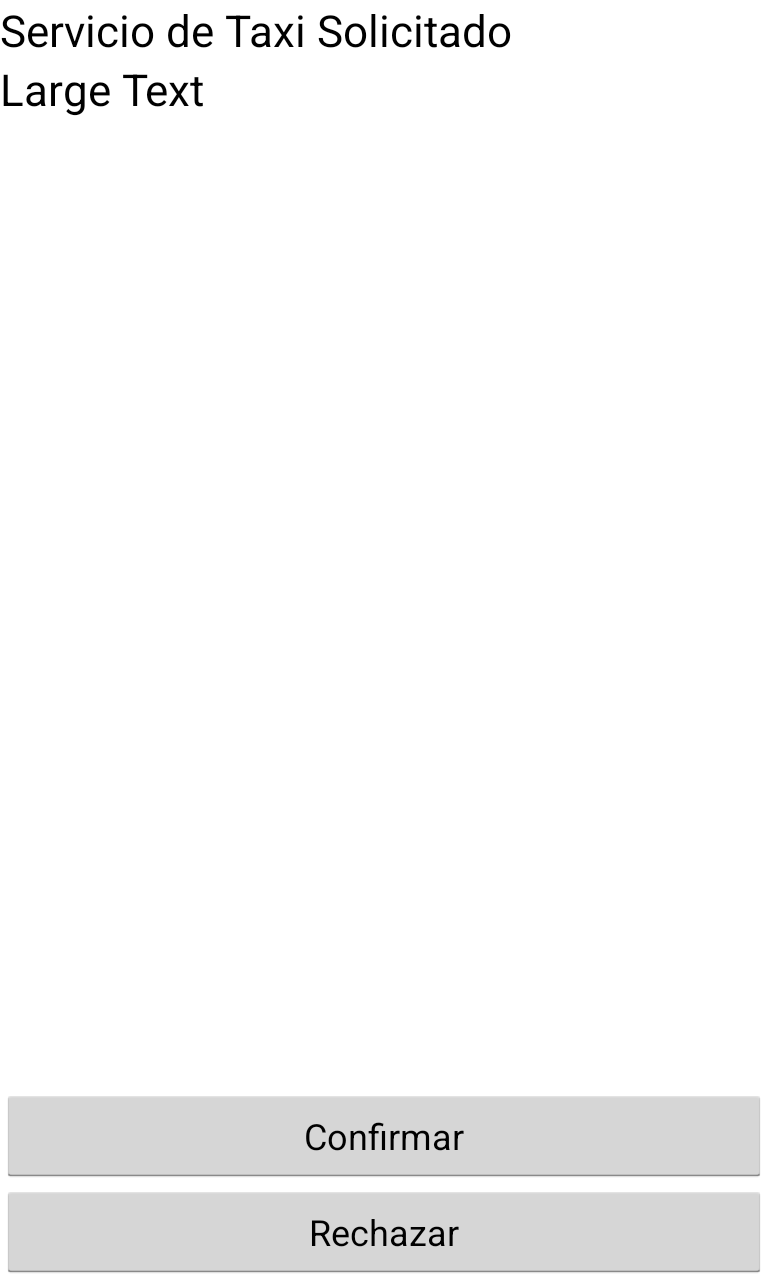
Repository: fernandohur/moviles
Layout: ClienteTaxista/res/layout/activity_confirmar_servicio.xml
The author's editor kept a copy of each file at every save. The layout is drawn from the files as they stood at one save, then again after a run of saves.
It is drawn on a 768 x 1280 px phone screen (xhdpi) without system bars, with theme AppTheme; the app's code is not run.

Above is the layout before, as saved 2013-03-07 14:14:31.

After the next 4 saves:
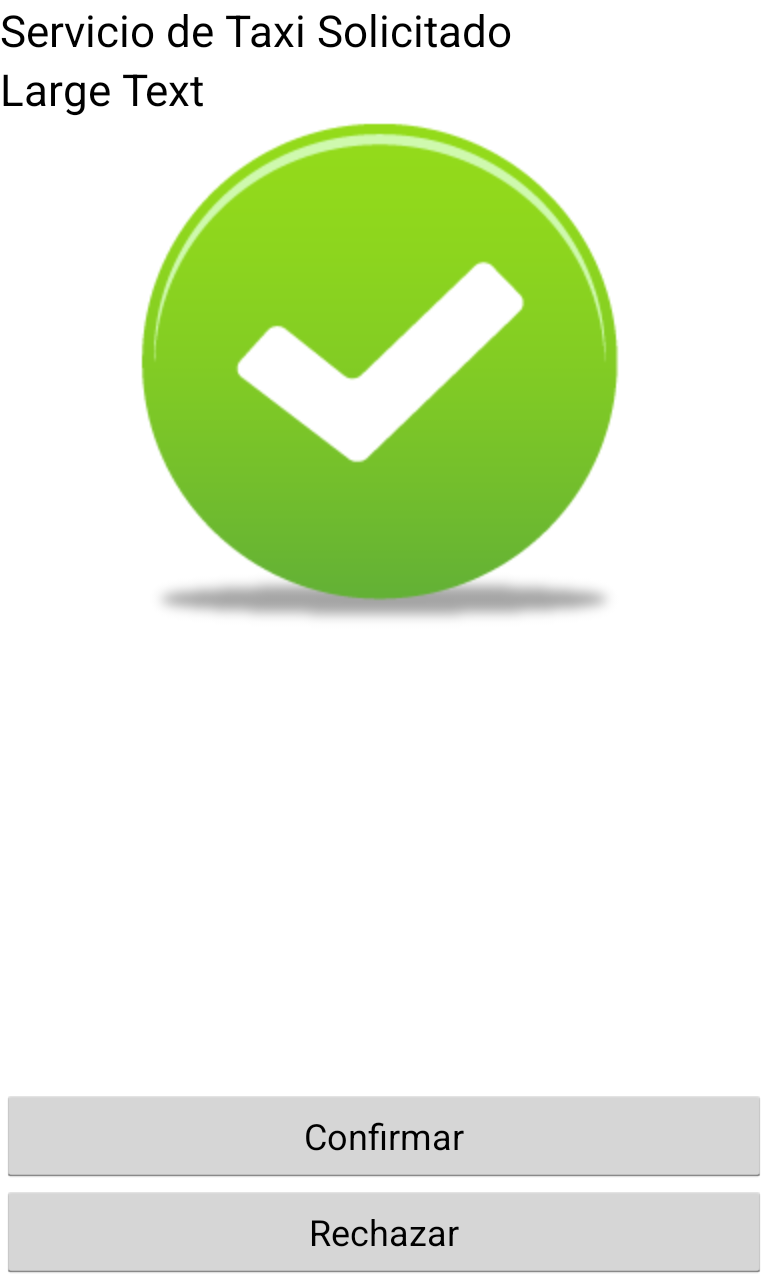
The 4 saves are shown as one change because 3 did not build or start.
The last was saved 11 min 59 s later.
--- a/ClienteTaxista/res/layout/activity_confirmar_servicio.xml
+++ b/ClienteTaxista/res/layout/activity_confirmar_servicio.xml
@@ -40,4 +40,13 @@
         android:layout_alignParentRight="true"
         android:text="Confirmar" />
 
+    <ImageButton
+        android:id="@+id/imageButton1"
+        android:layout_width="wrap_content"
+        android:layout_height="wrap_content"
+        android:layout_below="@+id/txtDireccion"
+        android:layout_centerHorizontal="true"
+        android:background="#FFFFFF"
+        android:src="@drawable/okbutton" />
+
 </RelativeLayout>
